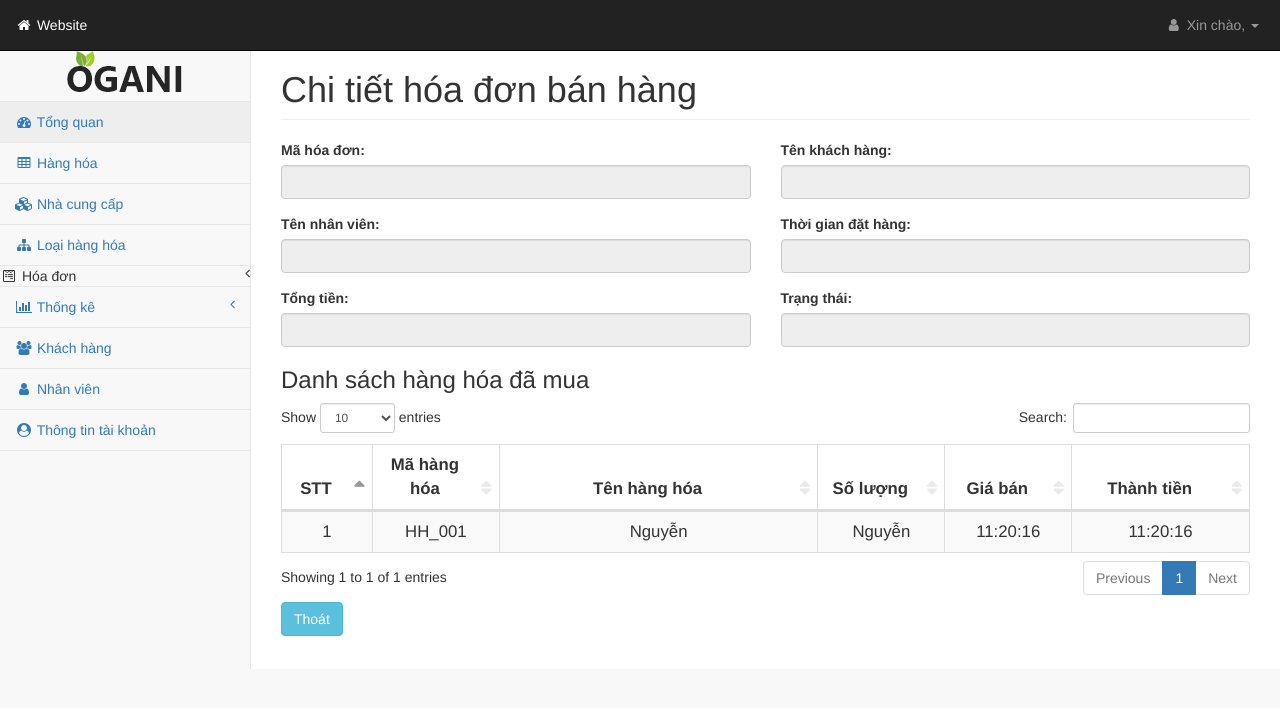
Repository: Hoang-2363/Web_Ban_Hang_JSP_Servlet_CB
Page: http://localhost/QL_BH/admin/hd_bh_ct.jsp
These files come from the project's save history. The page is drawn as it stood at one moment and after the next save; the edit follows.
The browser window is 1280 px wide. The pictures show the whole page.
The page is served by Tomcat 10.

Above is the page before, as saved 2024-06-19 02:57:25.

After the next save:
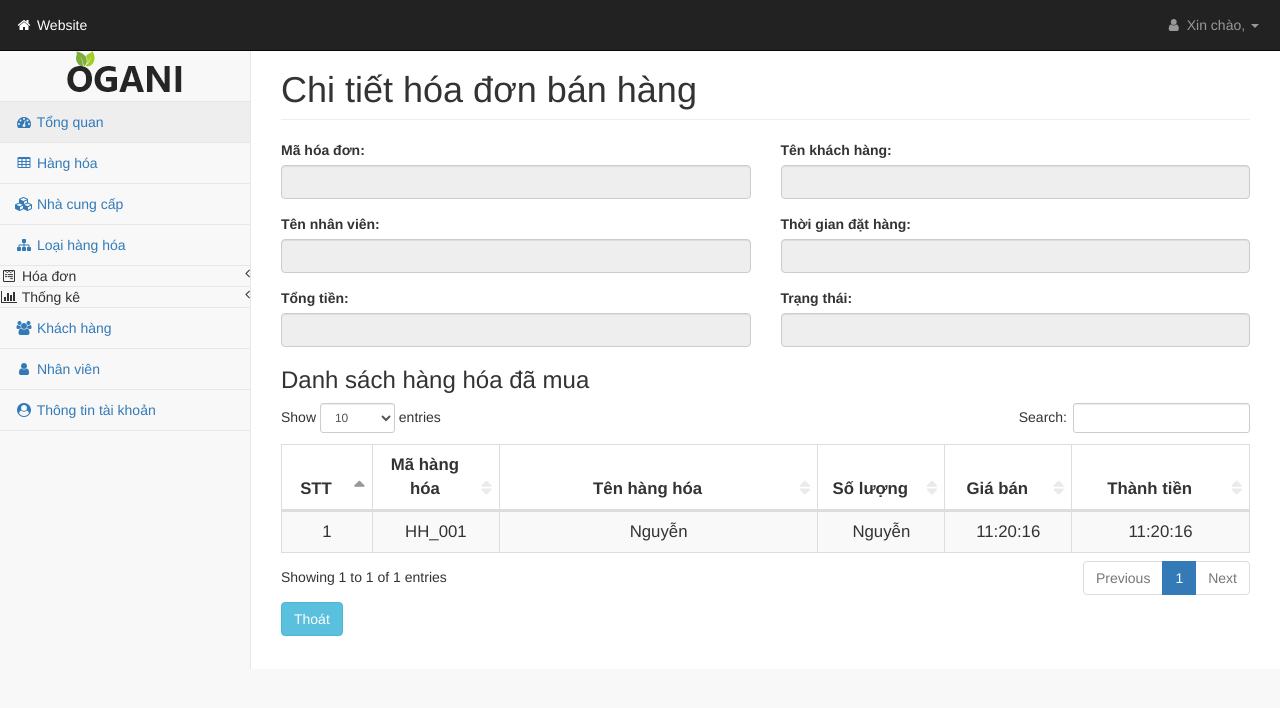
Saved 10 s later.
--- a/QL_BH/src/main/webapp/admin/hd_bh_ct.jsp
+++ b/QL_BH/src/main/webapp/admin/hd_bh_ct.jsp
@@ -86,7 +86,7 @@ th, tbody {
 							<li><a href="hdbanhang">Bán hàng</a></li>
 							<li><a href="hd_nh.html">Nhập hàng</a></li>
 						</ul></li>
-					<li><a href="#"><i class="fa fa-bar-chart-o fa-fw"></i>
+					<li><i class="fa fa-bar-chart-o fa-fw"></i>
 							Thống kê<span class="fa arrow"></span></a>
 						<ul class="nav nav-second-level">
 							<li><a href="tk_dt_bh.html">Doanh thu bán hàng</a></li>
